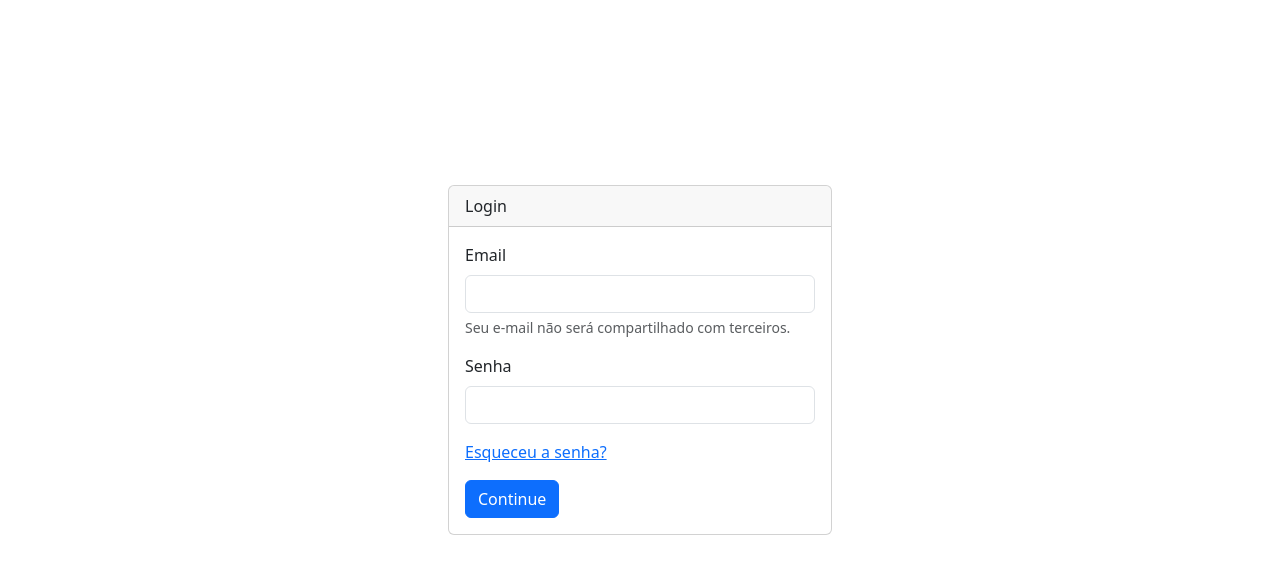
Repository: vandrecx/utilitaries
Page: http://localhost/login_archive/index.php
These files come from the project's save history. The page is drawn as it stood at one moment and after the next save; the edit follows.
The browser window is 1280 px wide. The pictures show the whole page.
The page is run by PHP 8.4 with error messages shown; the project is at /var/www/html/.

Above is the page before, as saved 2024-04-30 01:04:16.

After the next save:
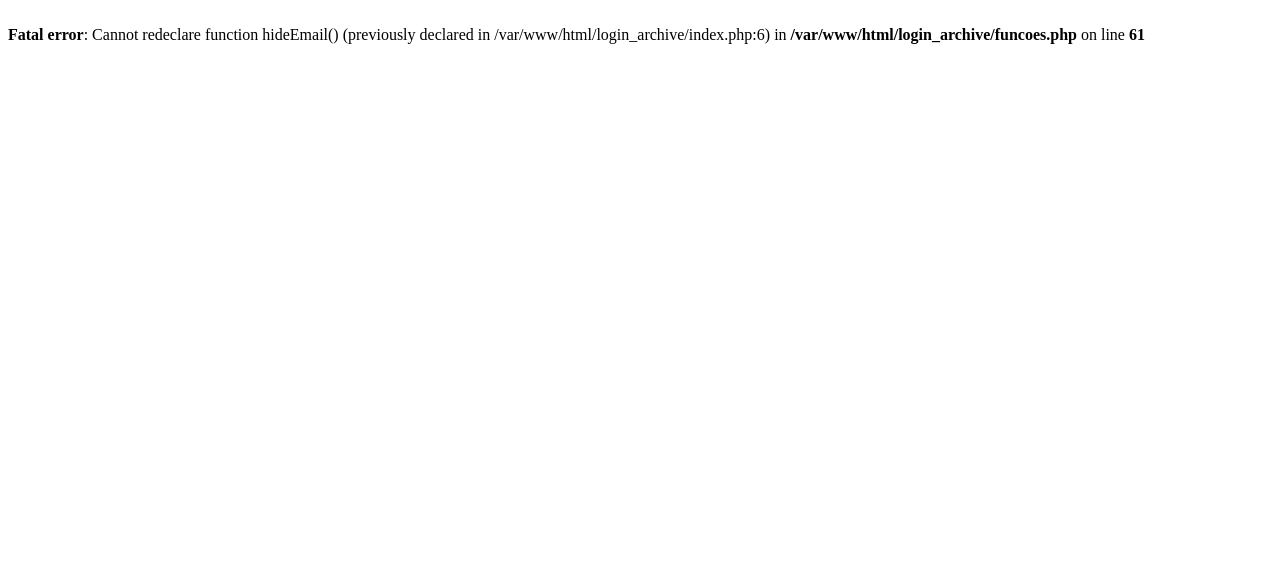
Saved 38 s later.
--- a/login_archive/funcoes.php
+++ b/login_archive/funcoes.php
@@ -57,4 +57,18 @@ function updatePass($newpass, $email, $pdo){
 
 }
 
+//ESCONDE EMAIL DE RECUPERAÇÃO PASSADO POR SESSION
+function hideEmail(){
+
+    session_start();
+
+    $email = $_SESSION['pass_repair'];
+    $encript_email = substr($email, 0, 5);
+    $result_email = $encript_email . str_repeat("*", strlen($email) - 5);
+
+    session_destroy();
+
+    return $result_email;
+}
+
 ?>
